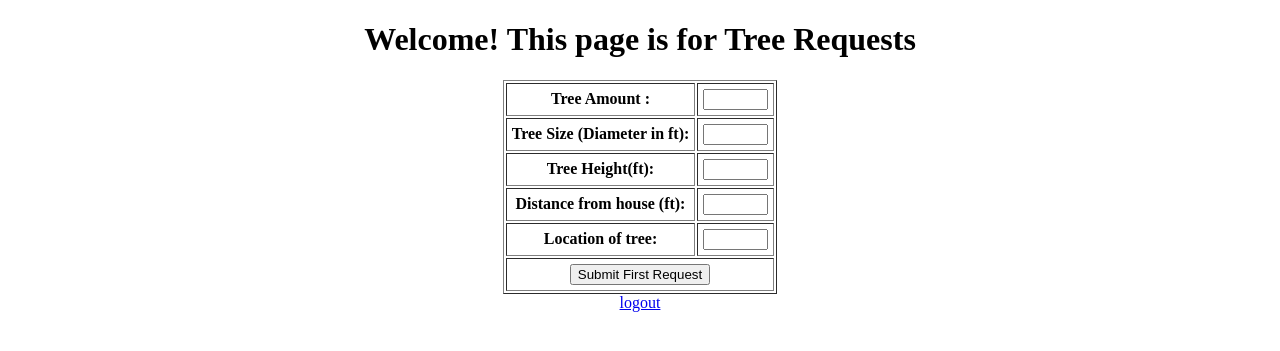
Repository: jrule5960/Tree-Cutting-Database
Page: http://localhost/database/processTreeRequest.jsp
The author's editor kept a copy of each file at every save. The page is drawn from the files as they stood at one save, then again after the next save.
The browser window is 1280 px wide. The pictures show the whole page.
The page is served by Tomcat 9.

Above is the page before, as saved 2023-11-06 22:31:56.

After the next save:
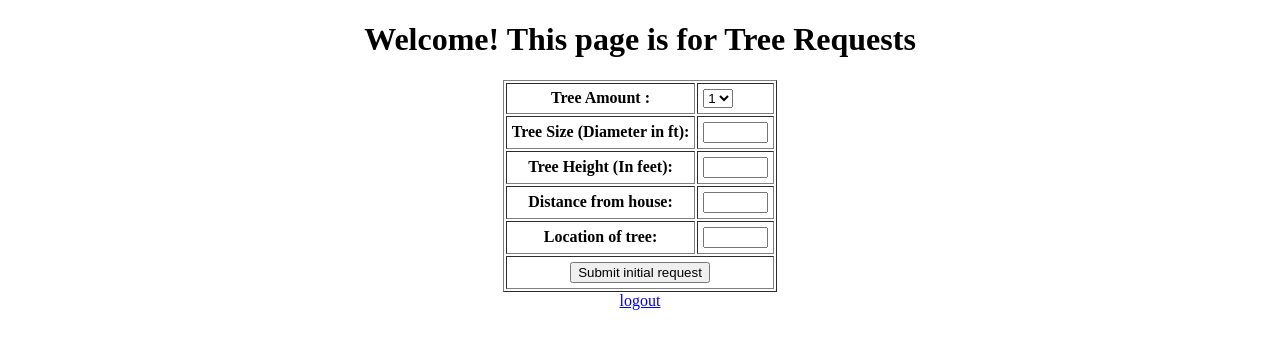
Saved 41 s later.
--- a/database/WebContent/processTreeRequest.jsp
+++ b/database/WebContent/processTreeRequest.jsp
@@ -22,8 +22,12 @@
 		<table border="1" cellpadding="5">
 		<tr>
 			<th> Tree Amount : </th>
-			<td align="center" colspan="8">
-			<input type = "text" name = "tree_amt" size = "5">
+			<td>
+			<select name= "tree_num">
+				<option value ="1"> 1  </option>
+				<option value ="2"> 2  </option>
+				<option value ="3"> 3  </option>
+			</select>
 			</td>
 		</tr>
 
@@ -35,14 +39,14 @@
 		</tr>
 
 		<tr>
-			<th> Tree Height(ft): </th>
+			<th> Tree Height (In feet): </th>
 			<td align="center" colspan="8">
 			<input type = "text" name = "tree_height" size = "5">
 			</td>
 		</tr>
 
 		<tr>
-			<th> Distance from house (ft): </th>
+			<th> Distance from house: </th>
 			<td align="center" colspan="8">
 			<input type = "text" name = "tree_distance" size = "5">
 			</td>
@@ -57,7 +61,7 @@
 
 		<tr>
 			<td align="center" colspan="8">
-			<input type = "submit" value = "Submit First Request">
+			<input type = "submit" value = "Submit initial request">
 			</td>
 		</tr>
 		</center>
